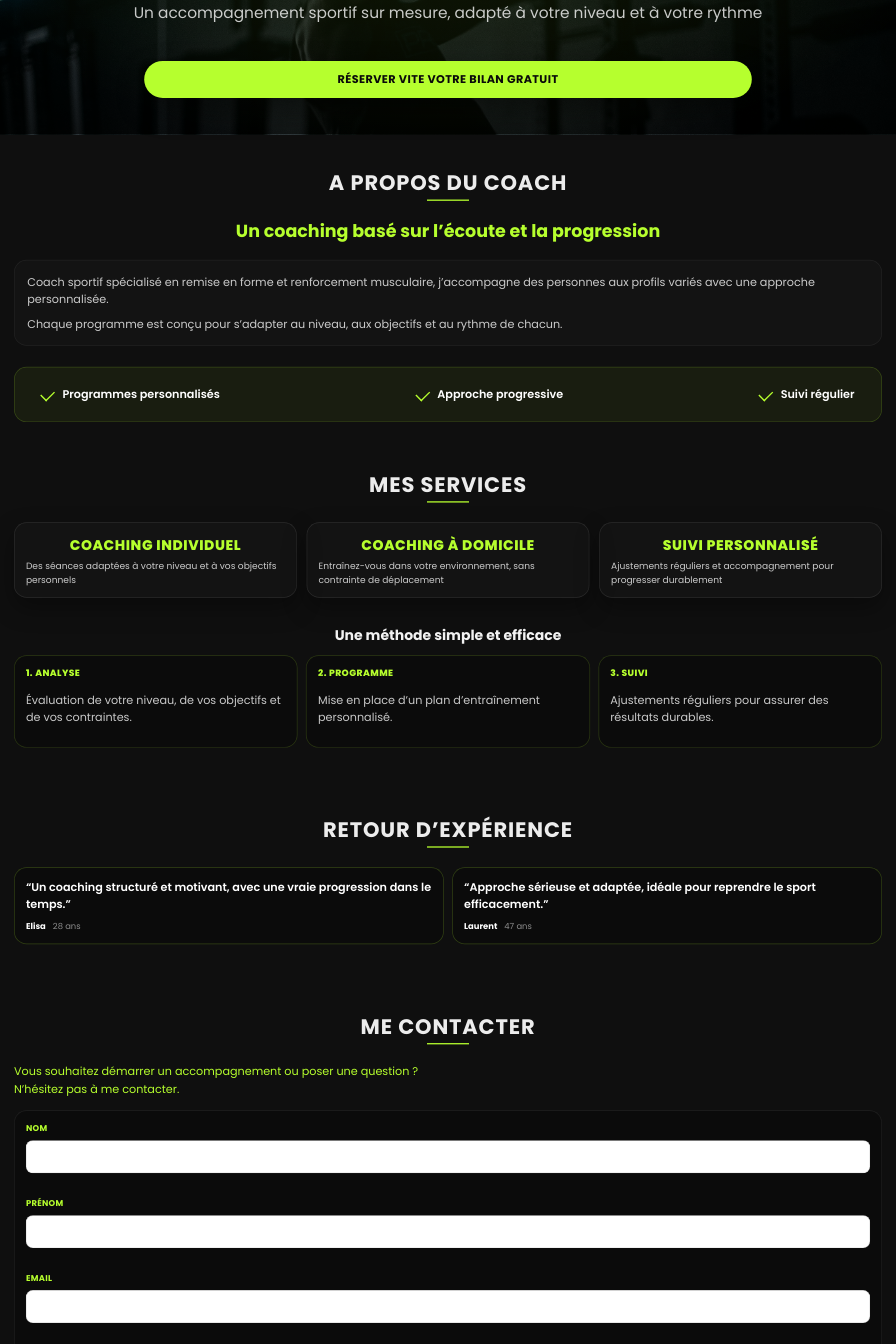
Repository: ThomasHdrd/CoachFitness
Page: index.html
These files come from the project's save history. The page is drawn as it stood at one moment and after the next save; the edit follows.
The browser window is 1280 px wide. The pictures show the part of the page from y = 300 to 2220 px (the page is 3106 px tall before and 3202 px after), at 70% of full size.

Above is the page before, as saved 2026-01-20 22:46:33.

After the next save:
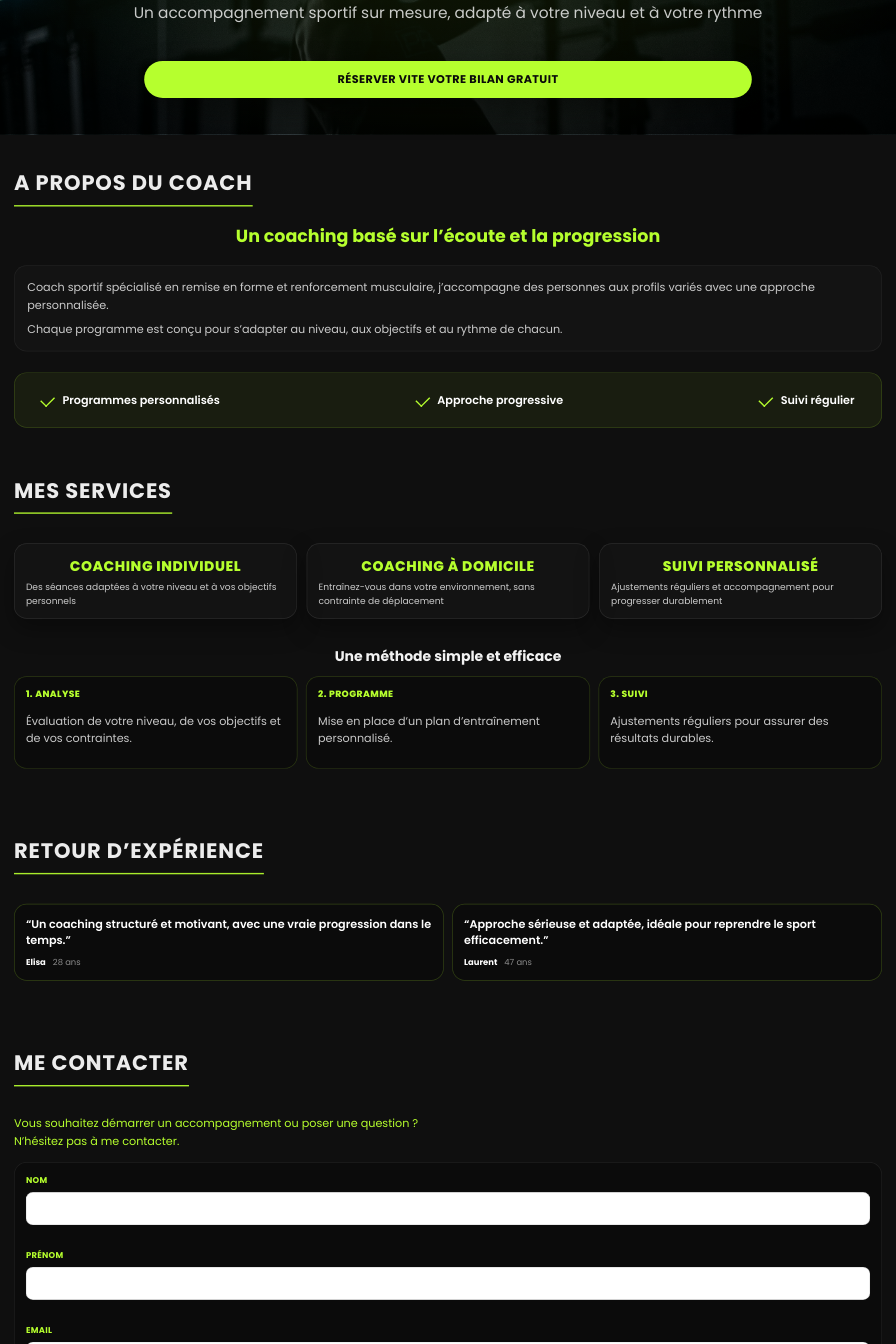
Saved 2 min 11 s later.
--- a/styles.css
+++ b/styles.css
@@ -208,24 +208,31 @@ body{
   padding-bottom: 20px;
 }
 
-.section-title{
-  text-align:center;
+.section-title {
+  text-align: center;
   margin: 0 0 14px;
   font-size: 30px;
   letter-spacing: 1.2px;
   text-transform: uppercase;
   opacity: .92;
   padding-bottom: 10px;
-}
+  display: inline-block; /* Le titre prend uniquement la largeur du texte */
+}
+
 .section-title::after {
   content: "";
   display: block;
-  width: fit-content;
-  width: 60px;
+  width: 100%; /* La barre fait la largeur du texte */
   height: 2px;
   background-color: var(--accent);
-  margin: 0 auto;
-}
+  margin-top: 8px;
+}
+
+/* Conteneur pour centrer le titre inline-block */
+.section-title-wrapper {
+  text-align: center;
+}
+
 .section-lead{
   text-align:center;
   margin: 0 0 22px;
